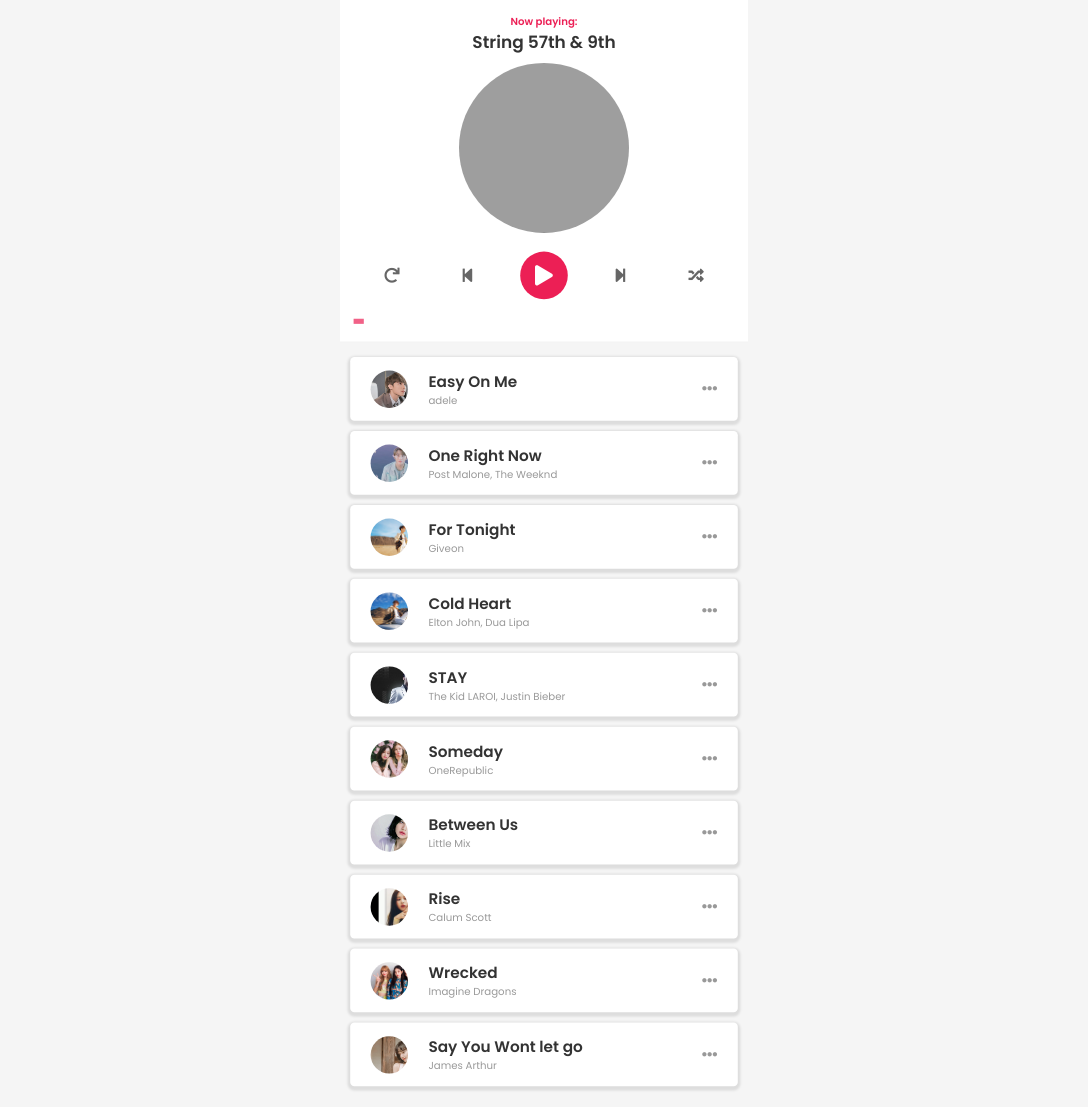
Repository: maivannhan1998/MusicPlayer.github.io
Page: index.html
An editor plug-in stored every save of this project. The page is shown before and after a run of saves, followed by the edit.
The browser window is 1280 px wide. The pictures show the whole page, at 85% of full size.
Pictures or frames that could not be fetched are drawn as grey boxes.

Above is the page before, as saved 2021-11-09 16:30:19.

### index.html
<!DOCTYPE html>
<html lang="en">
<head>
    <meta charset="UTF-8">
    <meta http-equiv="X-UA-Compatible" content="IE=edge">
    <meta name="viewport" content="width=device-width, initial-scale=1.0">
    <title>CodePlayMusic</title>
    <link rel="stylesheet" href="./assets/css/main.css">
    <link rel="stylesheet" href="https://cdnjs.cloudflare.com/ajax/libs/font-awesome/5.15.2/css/all.min.css" integrity="sha512-HK5fgLBL+xu6dm/Ii3z4xhlSUyZgTT9tuc/hSrtw6uzJOvgRr2a9jyxxT1ely+B+xFAmJKVSTbpM/CuL7qxO8w==" crossorigin="anonymous" />
    <link rel="preconnect" href="https://fonts.gstatic.com">
    <link href="https://fonts.googleapis.com/css2?family=Poppins:wght@300;400;600&display=swap" rel="stylesheet">
</head>
<body>
    <div class="player">
        <!-- Dashboard -->
        <div class="dashboard">
          <!-- Header -->
          <header>
            <h4>Now playing:</h4>
            <h2>String 57th & 9th</h2>
          </header>

          <!-- CD -->
          <div class="cd">
            <div class="cd-thumb">
            </div>
          </div>

          <!-- Control -->
          <div class="control">
                <div class="btn btn-repeat">
                    <i class="fas fa-redo"></i>
                </div>
                <div class="btn btn-prev">
                    <i class="fas fa-step-backward"></i>
                </div>
                <div class="btn btn-toggle-play">
                    <i class="fas fa-pause icon-pause"></i>
                    <i class="fas fa-play icon-play"></i>
                </div>
                <div class="btn btn-next">
                    <i class="fas fa-step-forward"></i>
                </div>
                <div class="btn btn-random">
                    <i class="fas fa-random"></i>
                </div>
          </div>

          <input id="progress" class="progress" type="range" value="0" step="1" min="0" max="100">



          <audio id="audio" src=""></audio>
        </div>

        <!-- Playlist -->
        <div class="playlist">

        </div>
      </div>
      <script>
         const $ = document.querySelector.bind(document);
         const $$ = document.querySelectorAll.bind(document);

         const app = {

            currentIndex: 0,

            songs: [
                 {
                     name: 'Easy On Me',
                     singer: 'adele',
                     path: './assets/music/song1.mp3',
                     image: './assets/img/img1.jpg'
                 }, {
                     name: 'One Right Now',
                     singer: 'Post Malone, The Weeknd',
                     path: './assets/music/song2.mp3',
                     image: './assets/img/img2.jpg'
                 }, {
                     name: 'For Tonight',
                     singer: 'Giveon',
                     path: './assets/music/song3.mp3',
                     image: './assets/img/img3.jpg'
                 }, {
                     name: 'Cold Heart',
                     singer: 'Elton John, Dua Lipa',
                     path: './assets/music/song4.mp3',
                     image: './assets/img/img4.jpg'
                 }, {
                     name: 'STAY',
                     singer: 'The Kid LAROI, Justin Bieber',
                     path: './assets/music/song5.mp3',
                     image: './assets/img/img5.jpg'
                 }, {
                     name: 'Someday',
                     singer: 'OneRepublic',
                     path: './assets/music/song6.mp3',
                     image: './assets/img/img6.jpg'
                 }, {
                     name: 'Between Us',
                     singer: 'Little Mix',
                     path: './assets/music/song7.mp3',
                     image: './assets/img/img7.jpg'
                 }, {
                     name: 'Rise',
                     singer: 'Calum Scott',
                     path: './assets/music/song8.mp3',
                     image: './assets/img/img8.jpg'
                 }, {
                     name: 'Wrecked',
                     singer: 'Imagine Dragons',
                     path: './assets/music/song9.mp3',
                     image: './assets/img/img9.jpg'
                 }, {
                     name: 'Say You Wont let go',
                     singer: 'James Arthur',
                     path: './assets/music/song10.mp3',
                     image: './assets/img/img10.jpg'
                 }
             ],

            render: function(){
                const htmls = this.songs.map((song) => {
                    return `
                        <div class="song">
                            <div class="thumb"
                                style="background-image: url('${song.image}')">
                            </div>
                            <div class="body">
                                <h3 class="title">${song.name}</h3>
                                <p class="author">${song.singer}</p>
                            </div>
                            <div class="option">
                                <i class="fas fa-ellipsis-h"></i>
                            </div>
                        </div>
                    `
                })
                $('.playlist').innerHTML = htmls.join('')
            },

            handleEvents: function() {
                const cd = $('.cd')
                const cdWidth  = cd.offsetWidth;

                 document.onscroll = function () {
                    const scrollTop = window.scrollY || document.documentElement.scrollTop;
                    const newCdWidth = cdWidth - scrollTop;

                    cd.style.width = newCdWidth > 0 ? newCdWidth + 'px' : 0;
                    cd.style.opacity = newCdWidth / cdWidth;
                 }
            },
            getCurrentSong: function() {
                return this.songs[this.currentIndex];
            },
            start: function() {

                this.handleEvents();

                console.log(this.getCurrentSong())

                this.render();
            }
        }

        app.start();

      </script>
</body>
</html>

### assets/css/main.css
:root {
  --primary-color: #ec1f55;
  --text-color: #333;
}

* {
  padding: 0;
  margin: 0;
  box-sizing: inherit;
}

body {
  background-color: #f5f5f5;
}

html {
  box-sizing: border-box;
  font-family: "Poppins", sans-serif;
}

.player {
  position: relative;
  max-width: 480px;
  margin: 0 auto;
}

.player .icon-pause {
  display: none;
}

.player.playing .icon-pause {
  display: inline-block;
}

.player.playing .icon-play {
  display: none;
}

.dashboard {
  position: fixed;
  padding: 16px 16px 14px;
  background-color: #fff;
  top: 0;
  width: 100%;
  max-width: 480px;
  border-bottom: 1px solid #ebebeb;
}

header {
  text-align: center;
  margin-bottom: 10px;
}

header h2 {
  color: var(--text-color);
  font-size: 20px;
}

header h4 {
  color: var(--primary-color);
  font-size: 12px;
}

.cd {
  display: flex;
  margin: auto;
  width: 200px;
}

.cd-thumb {
  background-image: url('/assets/img/maxresdefault.jpg');
  width: 100%;
  padding-top: 100%;
  border-radius: 50%;
  background-color: #333;
  background-size: cover;
  margin: auto;
}

.control {
  display: flex;
  align-items: center;
  justify-content: space-around;
  padding: 18px 0 8px 0;
}

.control .btn {
  color: #666;
  padding: 18px;
  font-size: 18px;
}

.control .btn-toggle-play {
  display: flex;
  align-items: center;
  justify-content: center;
  width: 56px;
  height: 56px;
  border-radius: 50%;
  font-size: 24px;
  color: #fff;
  background-color: var(--primary-color);
}

.progress {
  width: 100%;
  -webkit-appearance: none;
  height: 6px;
  background: #d3d3d3;
  outline: none;
  opacity: 0.7;
  -webkit-transition: 0.2s;
  transition: opacity 0.2s;
  cursor: pointer;
  width: 12px;
}

.progress::-webkit-slider-thumb {
  -webkit-appearance: none;
  appearance: none;
  height: 6px;
  background-color: var(--primary-color);
}

.playlist {
  margin-top: 408px;
  padding: 12px;
}
.song {
  display: flex;
  align-items: center;
  margin-bottom: 12px;
  background-color: #fff;
  padding: 8px 16px;
  border-radius: 5px;
  box-shadow: 0 2px 3px 3px rgba(0, 0, 0, 0.1);
}

.song .thumb {
  width: 44px;
  height: 44px;
  border-radius: 50%;
  background-size: cover;
  margin: 0 8px;
}

.song .body {
  flex: 1;
  padding: 0 16px;
}

.song .title {
  font-size: 18px;
  color: var(--text-color);
}

.song .author {
  font-size: 12px;
  color: #999;
}

  .song .option {
    padding: 16px 8px;
    color: #999;
    font-size: 18px;
  }

After the next 2 saves:
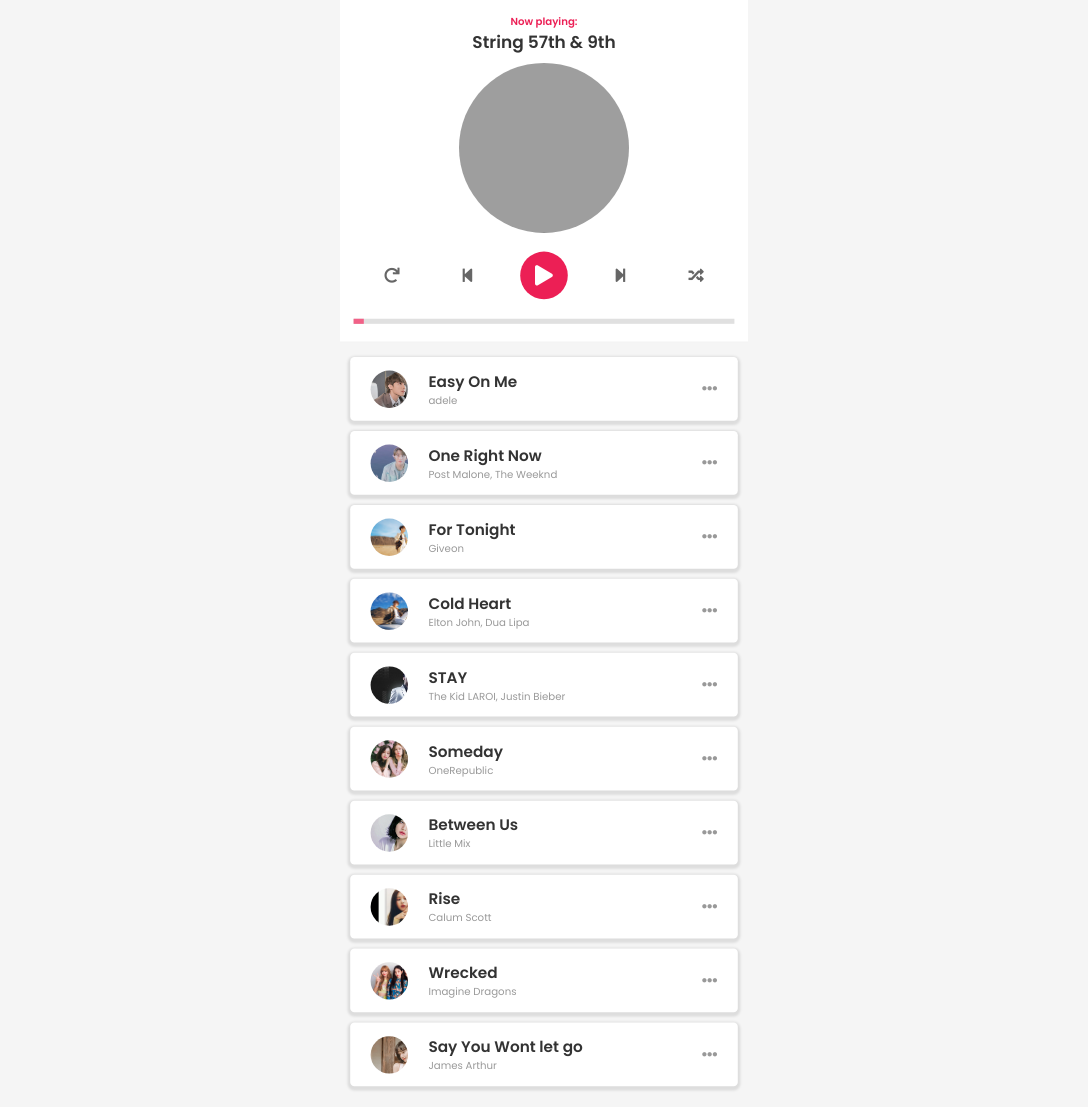
The 2 saves are shown as one change because they came seconds apart.
The last was saved 11 s later.
--- a/assets/css/main.css
+++ b/assets/css/main.css
@@ -110,9 +110,7 @@ header h4 {
   outline: none;
   opacity: 0.7;
   -webkit-transition: 0.2s;
-  transition: opacity 0.2s;
-  cursor: pointer;
-  width: 12px;
+  /* transition: wopacity 0.2s; */
 }
 
 .progress::-webkit-slider-thumb {
@@ -120,6 +118,8 @@ header h4 {
   appearance: none;
   height: 6px;
   background-color: var(--primary-color);
+  cursor: pointer;
+  width: 12px;
 }
 
 .playlist {
